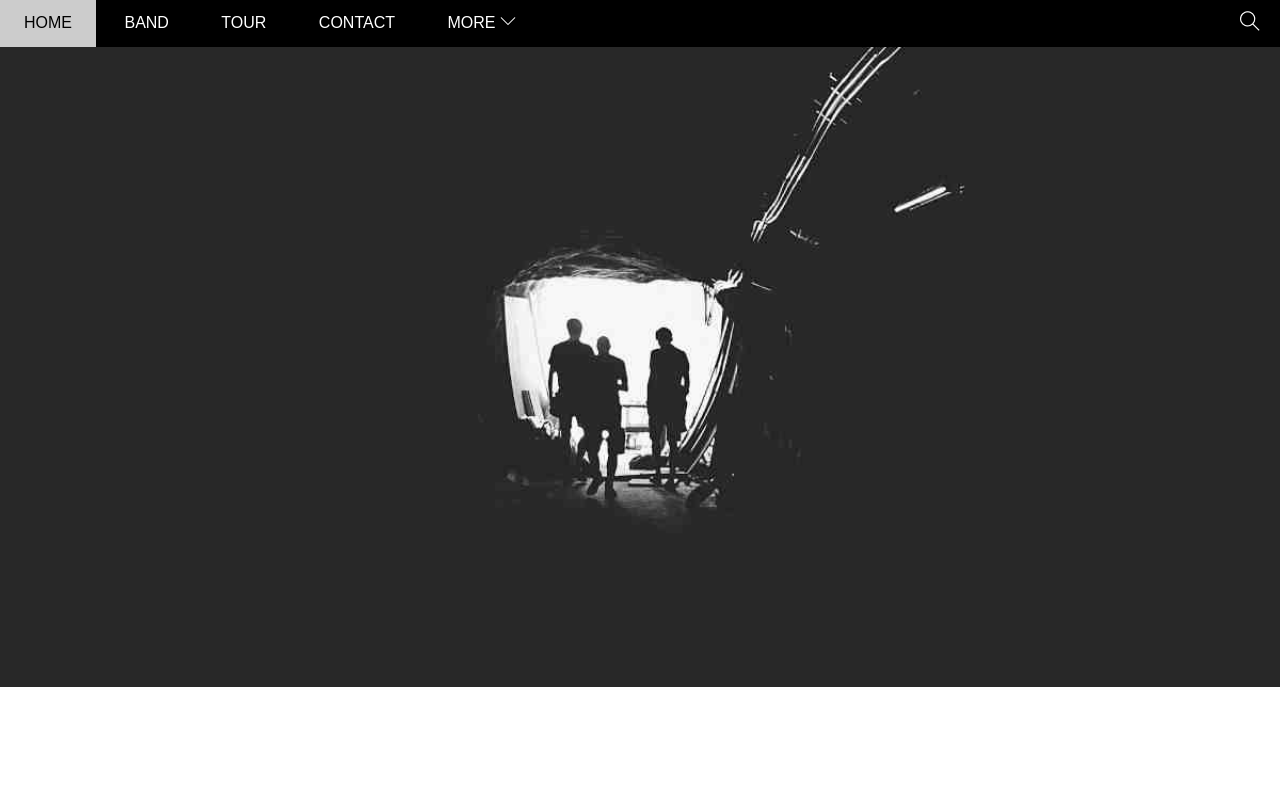
Repository: thanhsonnguyen-gif/f8-learn
Page: projectDemoTheBand/index.html
These files come from the project's save history. The page is drawn as it stood at one moment and after the next save; the edit follows.
The browser window is 1280 px wide. The pictures show the whole page.

Above is the page before, as saved 2022-06-24 17:08:31.

After the next save:
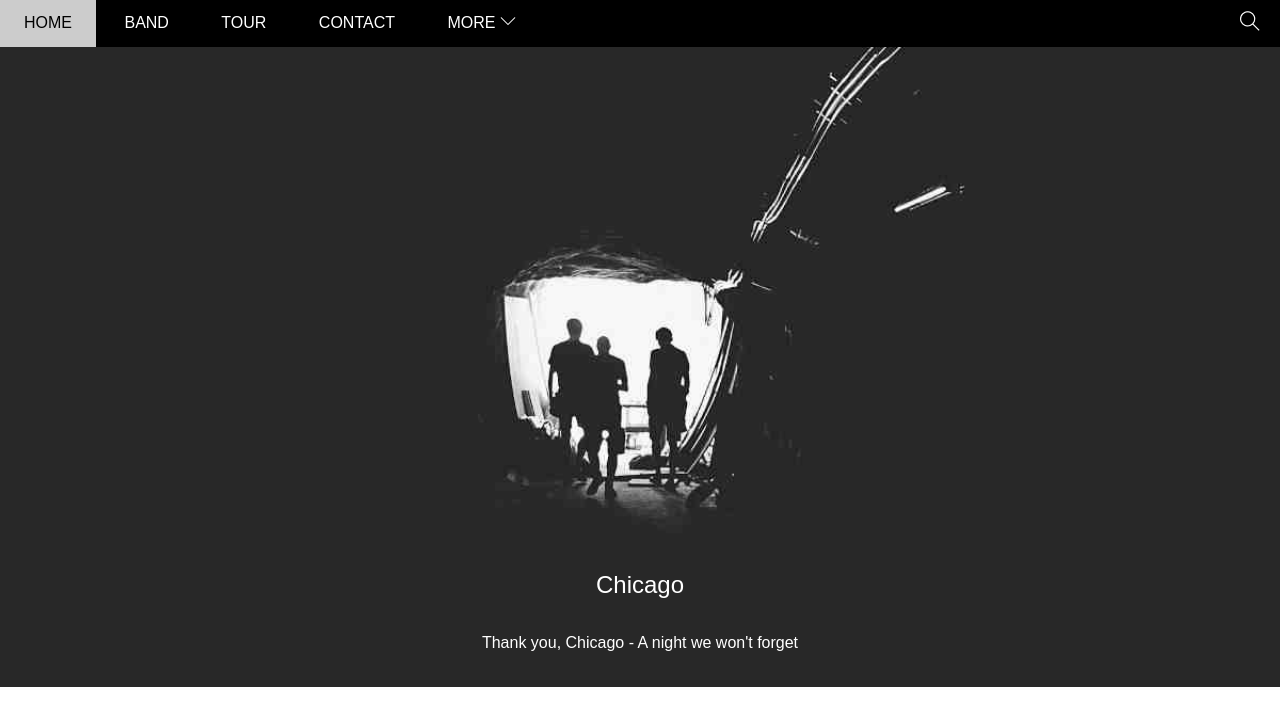
Saved 81 s later.
--- a/projectDemoTheBand/assets/css/style.css
+++ b/projectDemoTheBand/assets/css/style.css
@@ -100,6 +100,7 @@
   color: #fff;
   text-align: center;
   position: absolute;
+  bottom: 0;
 }
 
 #city {
